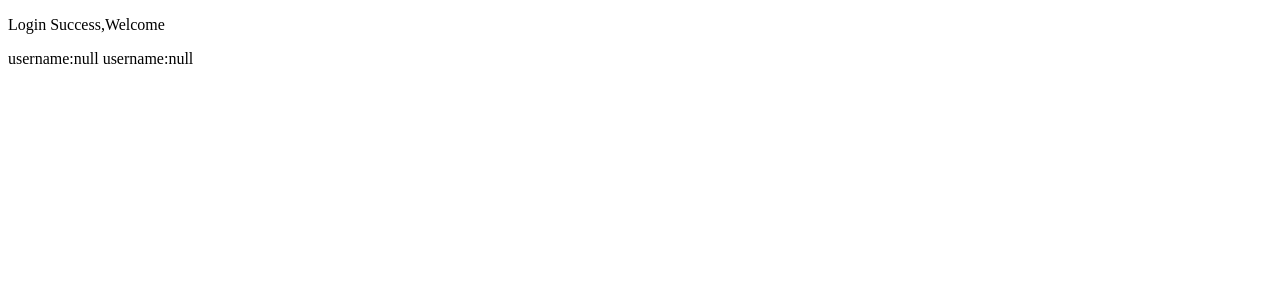
Repository: SiberiaDante/JavaStudyLittleDemo
Page: http://localhost/JSPLoginDemo/loginSuccess.jsp
An editor plug-in stored every save of this project. The page is shown before and after the next save, followed by the edit.
The browser window is 1280 px wide. The pictures show the whole page.
The page is served by Tomcat 9. Other server files are loaded and not shown.

Above is the page before, as saved 2018-11-01 09:07:34.

### JSPLoginDemo/WebContent/loginSuccess.jsp
<%@ page language="java" contentType="text/html; charset=ISO-8859-1"
	pageEncoding="ISO-8859-1"%>
<!DOCTYPE html PUBLIC "-//W3C//DTD HTML 4.01 Transitional//EN" "http://www.w3.org/TR/html4/loose.dtd">
<html>
<head>
<meta http-equiv="Content-Type" content="text/html; charset=ISO-8859-1">
<title>Insert title here</title>
</head>
<body>
	<jsp:useBean id="loginUser" class="com.jsp.bean.LoginUserBean"
		scope="page"></jsp:useBean>

	<%
		String username = loginUser.getUsername();
	%>

	<p>Login Success,Welcome</p>
	username:<%=session.getAttribute("username")%>
	username:<%=loginUser.getUsername()%>
</body>
</html>

### JSPLoginDemo/src/com/jsp/bean/LoginUserBean.java
package com.jsp.bean;

public class LoginUserBean {
	private String username;
	private String password;

	public String getUsername() {
		return username;
	}

	public void setUsername(String username) {
		this.username = username;
	}

	public String getPassword() {
		return password;
	}

	public void setPassword(String password) {
		this.password = password;
	}

}

After the next save:
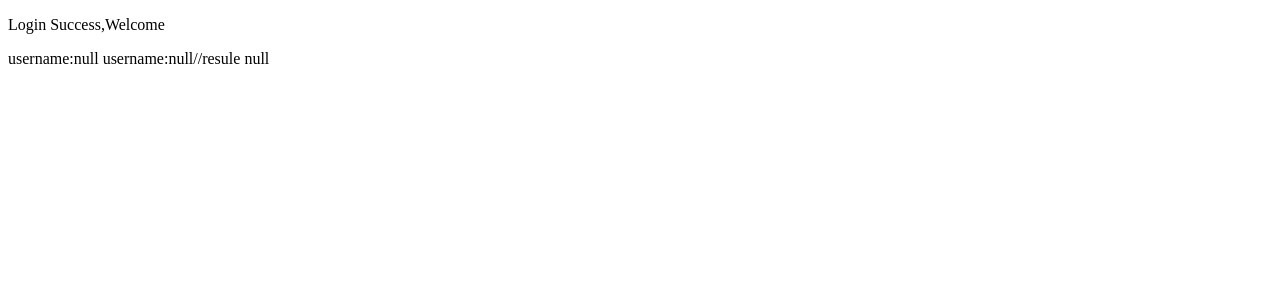
Saved 20 s later.
--- a/JSPLoginDemo/WebContent/loginSuccess.jsp
+++ b/JSPLoginDemo/WebContent/loginSuccess.jsp
@@ -16,6 +16,6 @@
 
 	<p>Login Success,Welcome</p>
 	username:<%=session.getAttribute("username")%>
-	username:<%=loginUser.getUsername()%>
+	username:<%=loginUser.getUsername()%>//resule null
 </body>
 </html>

After the save that followed:
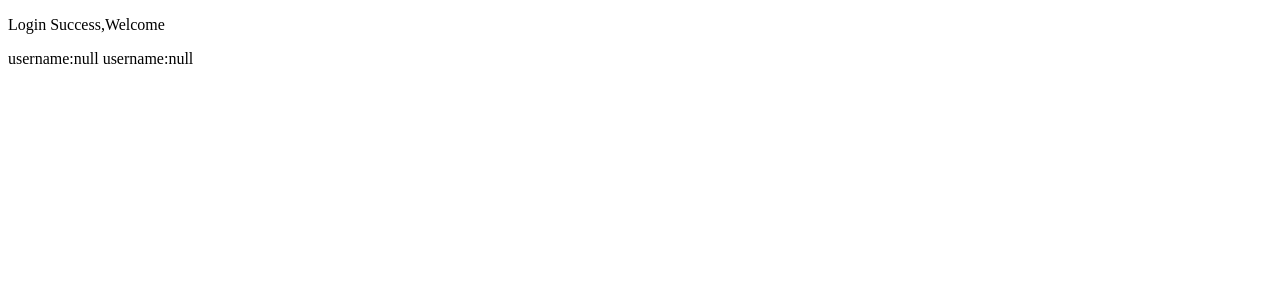
Saved 10 s later.
--- a/JSPLoginDemo/WebContent/loginSuccess.jsp
+++ b/JSPLoginDemo/WebContent/loginSuccess.jsp
@@ -16,6 +16,7 @@
 
 	<p>Login Success,Welcome</p>
 	username:<%=session.getAttribute("username")%>
-	username:<%=loginUser.getUsername()%>//resule null
+	<!-- resulet null -->
+	username:<%=loginUser.getUsername()%>
 </body>
 </html>
